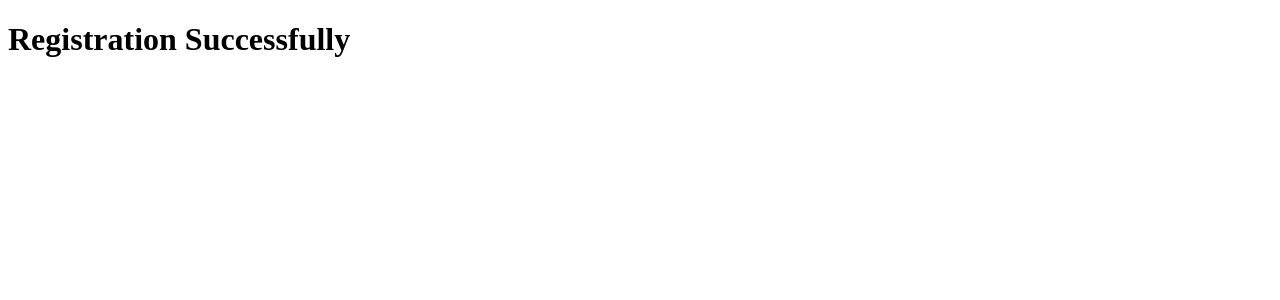
Repository: UnmeshNarayanKadam/JAVA-SPRING-HIBERNATE-PROGRAM
Page: http://localhost/spring-webapp/Confirmation.jsp
These files come from the project's save history. The page is drawn as it stood at one moment and after the next save; the edit follows.
The browser window is 1280 px wide. The pictures show the whole page.
The page is served by Tomcat 9. Other server files are loaded and not shown.

Above is the page before, as saved 2023-02-27 05:37:54.

### spring-webapp/src/main/webapp/Confirmation.jsp
<%@ page language="java" contentType="text/html; charset=ISO-8859-1"
    pageEncoding="ISO-8859-1"%>
<!DOCTYPE html>
<html>
<head>
<meta charset="ISO-8859-1">
<title>Insert title here</title>
</head>
<body>
<h1>Registration Successfully</h1>
</body>
</html>

After the next save:
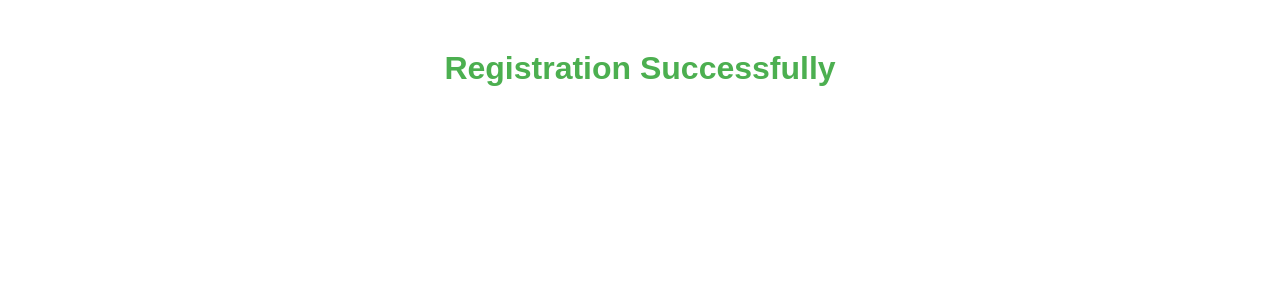
Saved 119 s later.
--- a/spring-webapp/src/main/webapp/Confirmation.jsp
+++ b/spring-webapp/src/main/webapp/Confirmation.jsp
@@ -5,6 +5,15 @@
 <head>
 <meta charset="ISO-8859-1">
 <title>Insert title here</title>
+<style>
+		h1 {
+			font-family: Arial, sans-serif;
+			font-size: 32px;
+			color: #4CAF50;
+			text-align: center;
+			margin-top: 50px;
+		}
+	</style>
 </head>
 <body>
 <h1>Registration Successfully</h1>
